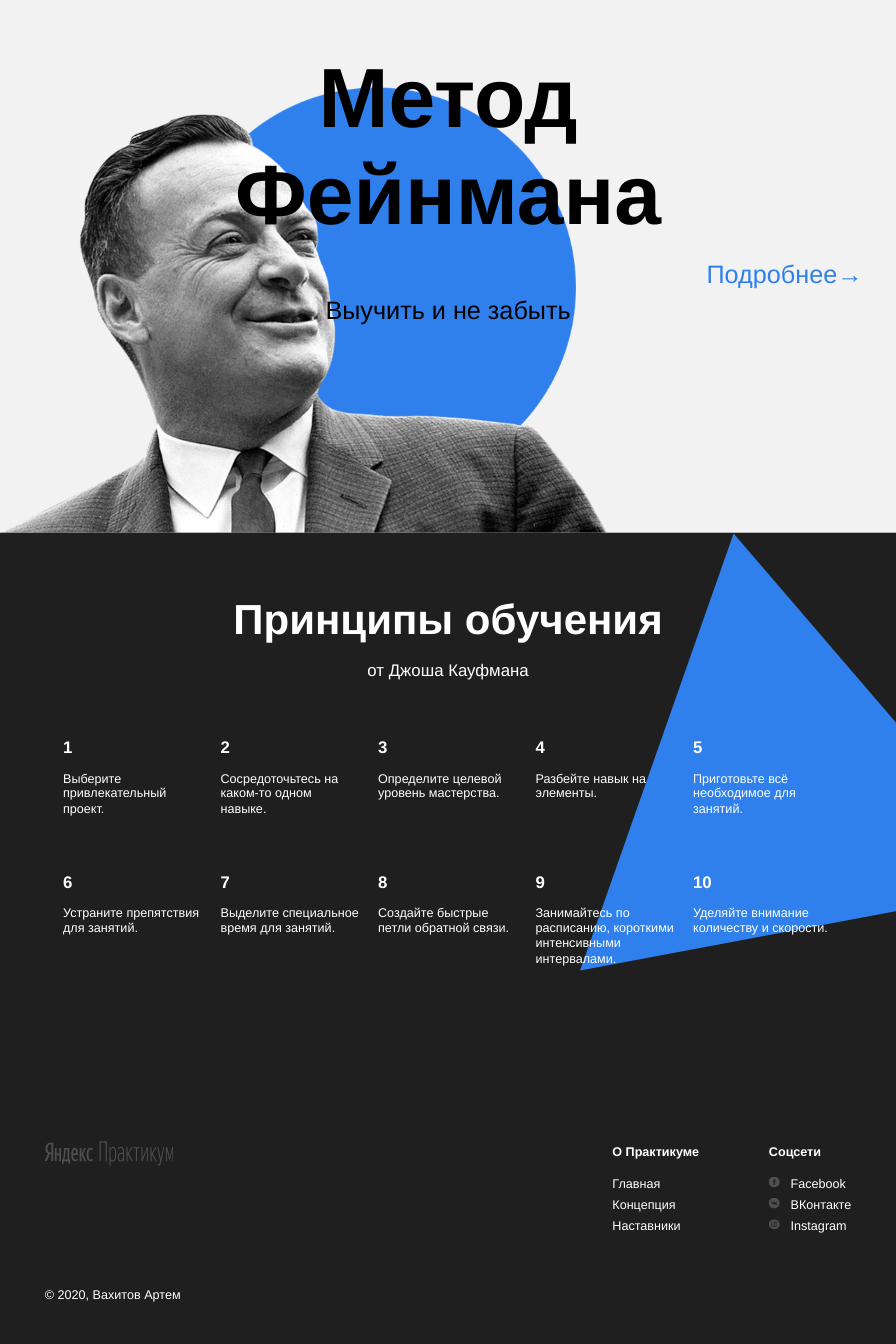
Repository: artemrgrs/how-to-learn
Page: index.html
An editor plug-in stored every save of this project. The page is shown before and after the next save, followed by the edit.
The browser window is 1280 px wide. The pictures show the part of the page from y = 2000 to 3920 px (the page is 3920 px tall), at 70% of full size.

Above is the page before, as saved 2020-12-25 10:41:51.

After the next save:
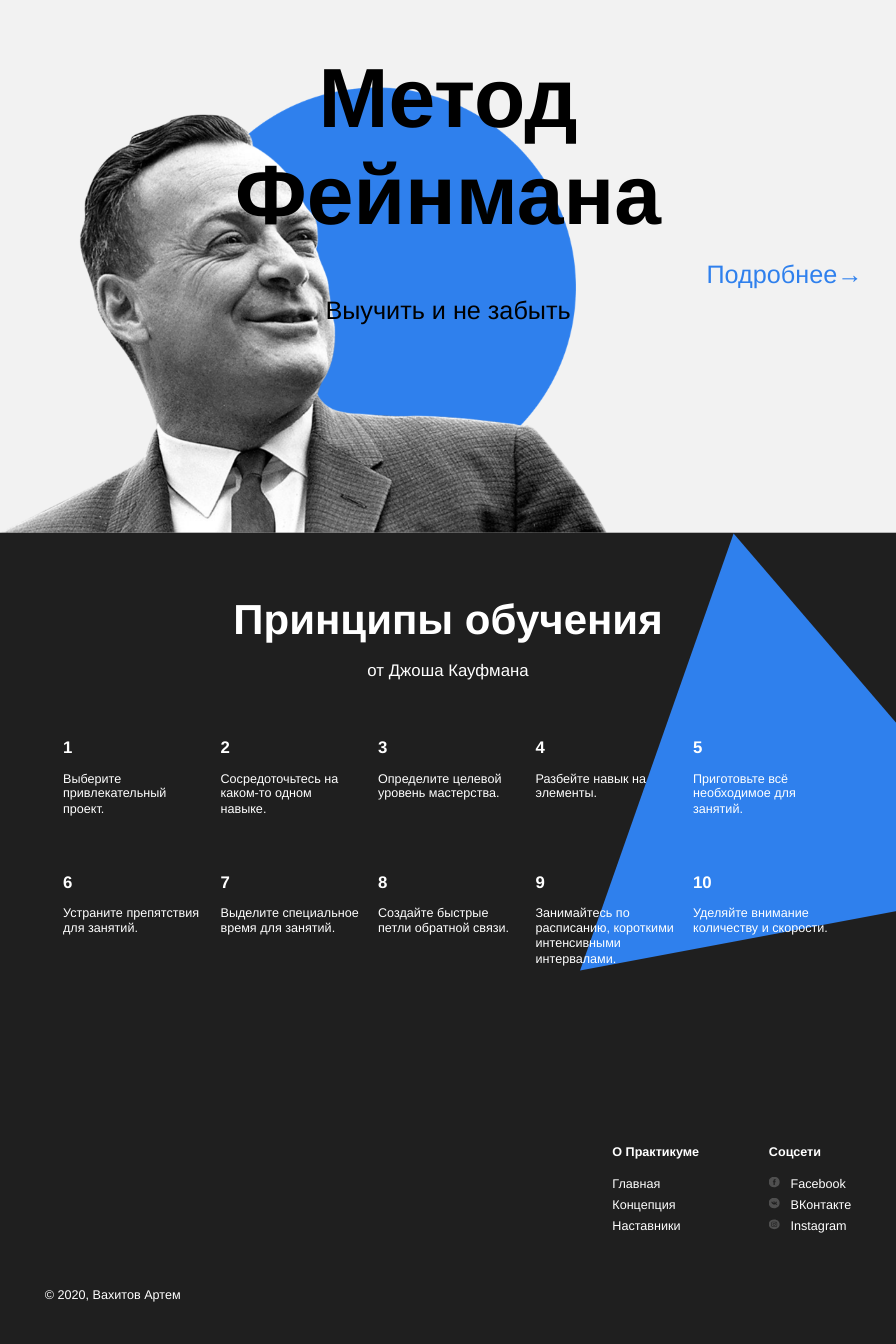
Saved 4 min 36 s later.
--- a/index.html
+++ b/index.html
@@ -129,7 +129,7 @@
       <footer class="footer">
         <div class="footer__columns">
           <div class="footer__column footer__column_content_copyright">
-            <div class="logo logo__place_footer"></div>
+            <div class="logo logo_place_footer"></div>
             <p class="footer__author">&copy;
             2020, Вахитов Артем</p>
           </div>

After the save that followed:
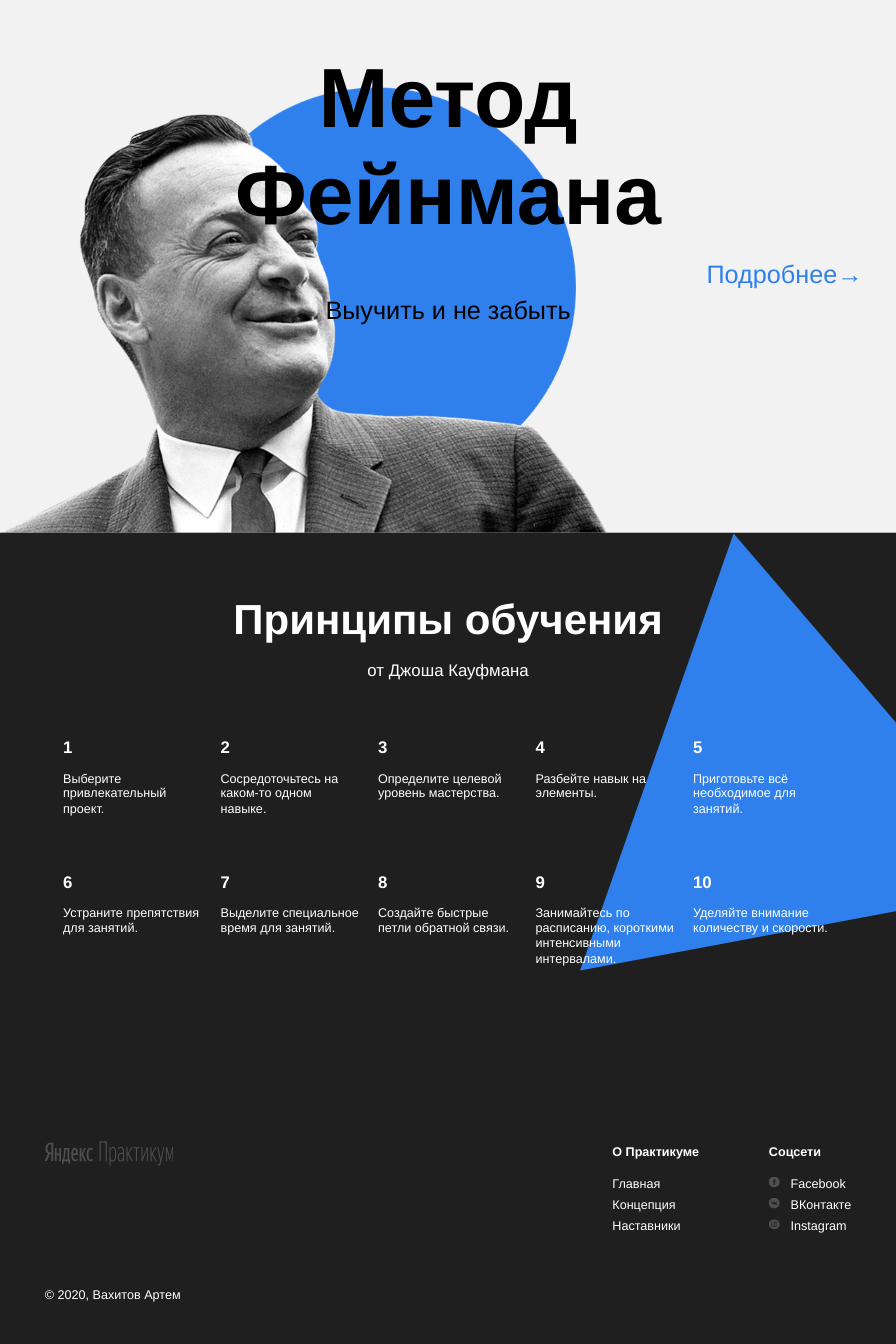
Saved 28 s later.
--- a/styles/style.css
+++ b/styles/style.css
@@ -316,7 +316,7 @@
   flex-basis: 711px;
 }
 
-.logo__place_footer {
+.logo_place_footer {
   height: 35px;
   background-image: url('../images/logo_place_footer.svg');
   background-repeat: no-repeat;
